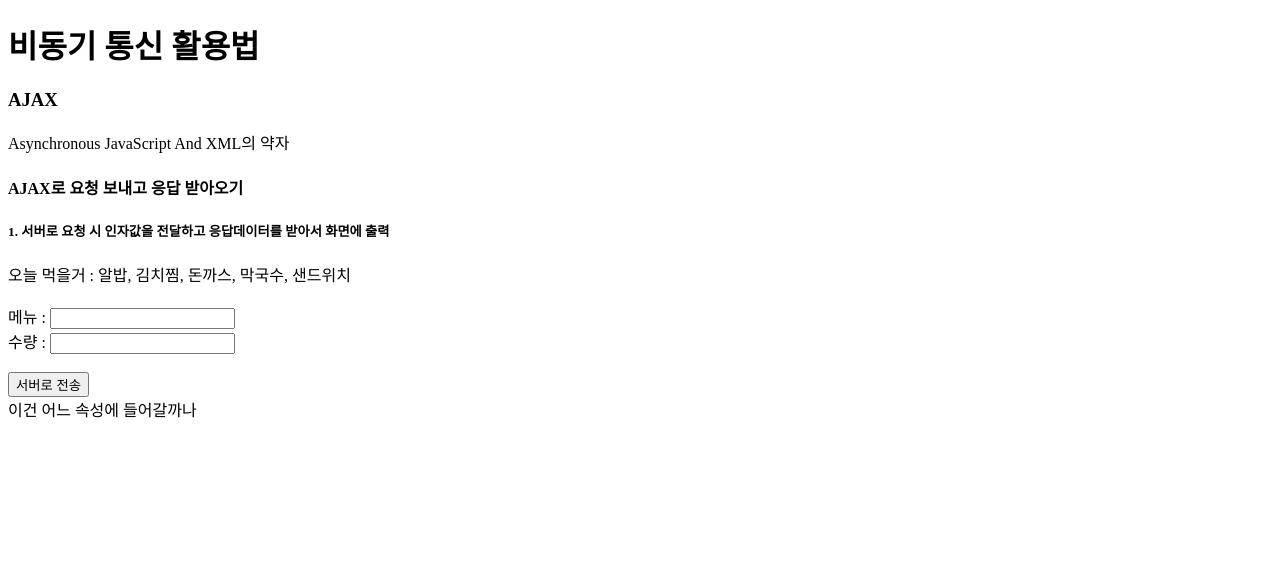
Repository: tjdgk2019/new_springframework
Page: http://localhost/ajaxProject/
These files come from the project's save history. The page is drawn as it stood at one moment and after the next save; the edit follows.
The browser window is 1280 px wide. The pictures show the whole page.
The page is served by Tomcat 9.

Above is the page before, as saved 2024-06-25 07:48:39.
Console error: TypeError: Cannot set properties of null (setting 'onclick')

After the next save:
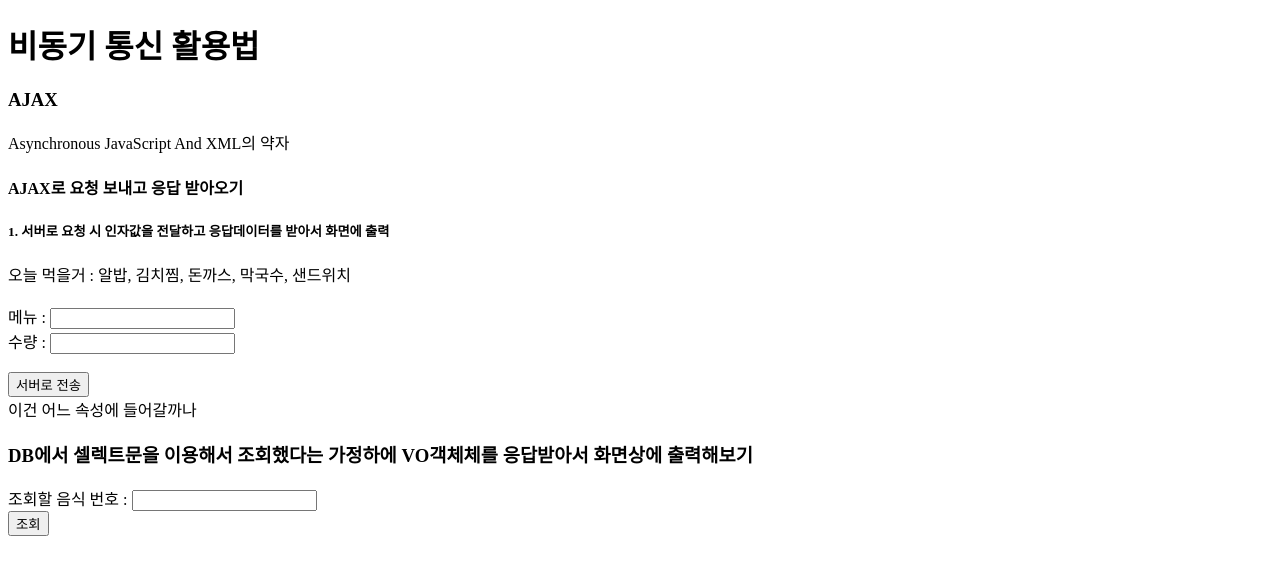
The error is gone.
Saved 41 h 20 min later.
--- a/ajaxProject/src/main/webapp/index.jsp
+++ b/ajaxProject/src/main/webapp/index.jsp
@@ -74,6 +74,7 @@
      이건 어느 속성에 들어갈까나
     <!-- 버튼 클릭 시 메뉴에 입력한 음식명과 수량에 입력한 개수를 가지고 서버에 요청해서 => 응답받은 읍압데이터를 div요소의 content요소에 출력 -->
     </div>
+    <!--
     <script>
     	document.getElementById('btn').onclick = () => {
     		const menu= document.getElementById('menu').value;
@@ -99,8 +100,23 @@
 
     	}
     </script>
+     -->
+     <h3>DB에서 셀렉트문을 이용해서 조회했다는 가정하에 VO객체체를 응답받아서 화면상에 출력해보기</h3>
+     조회할 음식 번호 : <input type="number"><br/>
+     <button>조회</button><br>
+
+     <div>
 
 
+     </div>
+
+
+    <script>
+
+
+
+
+    </script>
 
 
 
